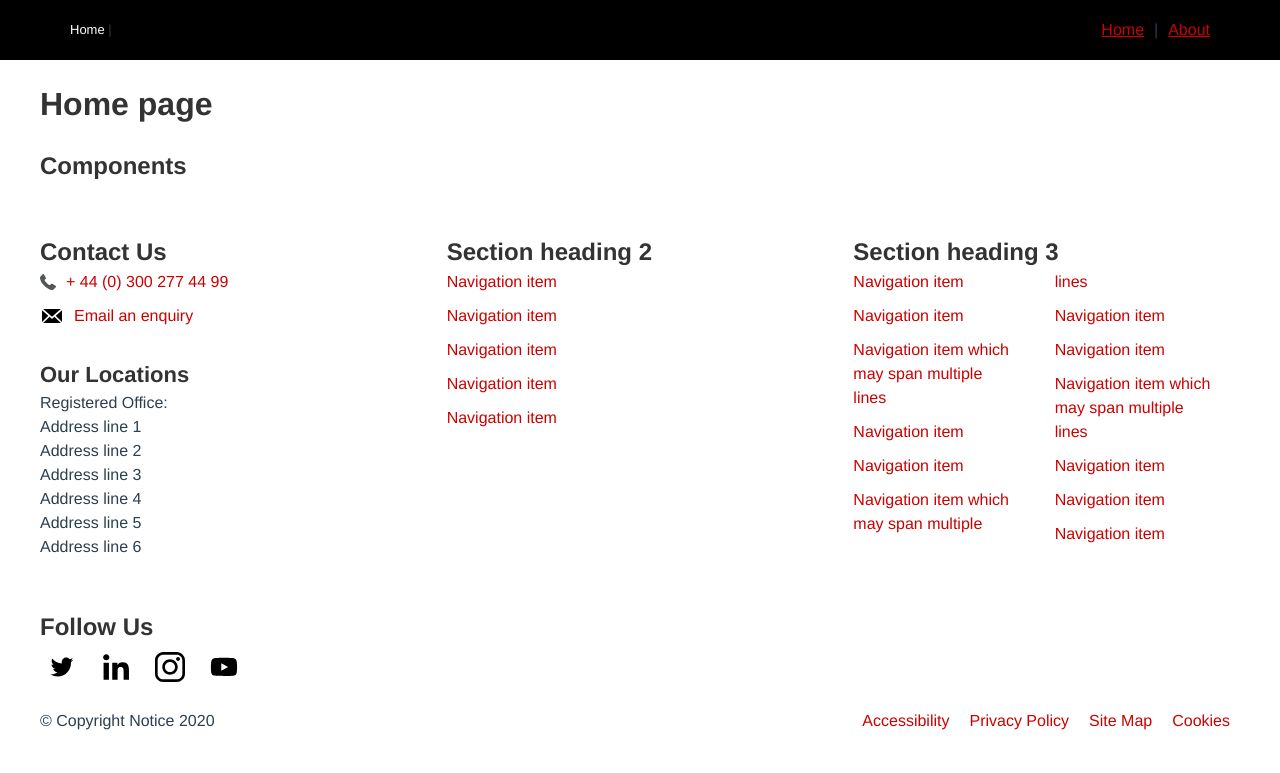
Repository: DaveBaulch/spa
Page: /
An editor plug-in stored every save of this project. The page is shown before and after the next save, followed by the edit.
The browser window is 1280 px wide. The pictures show the whole page.
The project was rebuilt for these pictures with package versions that can differ from the ones it lists, and the page was loaded fresh each time. Also part of the build but not shown: src/assets/styles/main.css.

Above is the page before, as saved 2020-10-13 12:30:18.

### src/App.vue
<template>
  <div id="app">

    <TheHeader @sidenavToggle="displaySidenav = !displaySidenav" />
    <TheSidenav
      :show="displaySidenav"
      @close="displaySidenav = false" />
    <nuxt/>

    <router-view />

    <TheFooter />

  </div>
</template>

<script>
import TheHeader from './components/global/TheHeader.vue';
import TheSidenav from '@/components/global/TheSidenav'
import TheFooter from '@/components/global/TheFooter'

export default {
  components: {
    TheHeader,
    TheSidenav,
    TheFooter
  },
  data() {
    return {
      displaySidenav: false
    }
  }
};
</script>

<style lang="scss">
#app {
  font-family: Avenir, Helvetica, Arial, sans-serif;
  -webkit-font-smoothing: antialiased;
  -moz-osx-font-smoothing: grayscale;
  text-align: left;
  color: #2c3e50;
}

#nav {
  padding: 30px;

  a {
    font-weight: bold;
    color: #2c3e50;

    &.router-link-exact-active {
      color: #42b983;
    }
  }
}
</style>

### src/assets/sass/_base-styles.scss

@import 'utilities/variables';
@import 'utilities/mixins';
@import 'utilities/animations';

@import 'base/fonts';
@import 'base/resets';
@import 'base/elements';
@import 'base/typography';
@import 'base/forms';

@import 'helpers/text';
@import 'helpers/layout';
@import 'helpers/spacing';
@import 'helpers/colors';

### src/components/global/TheHeader.vue
<template>
<div class="header-container">
  <div class="container">
    <header class="header">
      <TheSideNavToggle @toggle="$emit('sidenavToggle')" />
      <div class="logo">
        <router-link to="/">Home</router-link> |
      </div>
      <div class="navigation-items">
        <ul class="nav-list">
          <router-link to="/" class="nav-list__item">Home</router-link> |
          <router-link to="/about" class="nav-list__item">About</router-link>
        </ul>
      </div>
    </header>
  </div>
</div>
</template>

<script>
import TheSideNavToggle from "@/components/global/TheSideNavToggle";

export default {
  name: "TheHeader",
  components: {
    TheSideNavToggle
  }
};
</script>

<style scoped lang="scss">
@import '../../assets/sass/utilities/_variables.scss';
@import '../../assets/sass/utilities/_mixins.scss';


.header-container {
  width: 100%;
  height: 60px;
  background-color: $black;
  position: fixed;
  z-index: 100;

  @include breakpoint(md) {
    position: relative;
  }
}

.header {
  width: 100%;
  height: 60px;
  display: flex;
  justify-content: space-between;
  align-items: center;
  background-color: $black;
  box-sizing: border-box;
  padding: 0 20px;
}

.logo {
  margin: 0 10px;
  font-size: 1.3rem;
}

.logo a {
  text-decoration: none;
  color: $white;
}

.navigation-items {
  display: none;

  @include breakpoint(md) {
    display: block;
  }
}


.nav-list {
  list-style: none;
  padding: 0;
  margin: 0;
  display: flex;
}

.nav-list__item {
  margin: 0 10px;
}

.nav-item a {
  text-decoration: none;
  color: $white;
}

</style>

### src/components/global/TheSidenav.vue
<template>
<div class="sidenav-container">
  <div
    v-if="show"
    class="sidenav-backdrop"
    @click="$emit('close')"></div>
  <transition name="slide-side">
    <div
      v-if="show"
      class="sidenav">
      <ul
        class="nav-list"
        @click="$emit('close')">
        <li class="nav-item"><router-link to="/">Home</router-link></li>
        <li class="nav-item"><router-link to="/about">About</router-link></li>
      </ul>
    </div>
  </transition>
</div>
</template>

<script>
export default {
  name: "TheSidenav",
  props: {
    show: {
      type: Boolean,
      default: false
    }
  }
};
</script>


<style scoped>
.sidenav-container {
  height: 100%;
  width: 100%;
}

.sidenav-backdrop {
  width: 100%;
  height: 100%;
  background-color: rgba(0, 0, 0, 0.7);
  z-index: 1000;
  position: fixed;
  top: 0;
  left: 0;
}

.sidenav {
  height: 100%;
  width: 300px;
  background-color: white;
  z-index: 10000;
  position: fixed;
  top: 0;
  left: 0;
  box-sizing: border-box;
  padding: 30px;
}

.slide-side-enter-active,
.slide-side-leave-active {
  transition: all 0.3s ease-out;
}
.slide-side-enter,
.slide-side-leave-to {
  transform: translateX(-100%);
}

.nav-list {
  list-style: none;
  padding: 0;
  margin: 0;
}

.nav-item {
  margin: 20px 0;
}

.nav-item a {
  text-decoration: none;
  color: black;
  font-size: 1.5rem;
}

.nav-item a:hover,
.nav-item a:active {
  color: red;
}
</style>

### src/components/global/TheFooter.vue
<template>
    <div class="footer-wrapper">

      <footer class="footer" id="footer" role="contentinfo">

        <div class="container">

          <div class="row">

            <div class="footer__col footer__col--1">

              <div class="footer__sub1">
                <h2>Contact Us</h2>

                <nav aria-label="Contact items">

                  <ul class="footer-nav">

                    <li class="footer-nav__item">
                      <img src="@/assets/images/svg/icon-phone.svg" class="footer-nav__item-icon" />
                      <a href="tel:+44(0)3002774499" class="footer-nav__link">+ 44 (0) 300 277 44 99</a>
                    </li>

                    <li class="footer-nav__item">
                      <img src="@/assets/images/svg/icon-mail.svg" class="footer-nav__item-icon" />
                      <a href="mailto:" class="footer-nav__link">Email an enquiry</a>
                    </li>

                  </ul>

                </nav>

              </div>

              <div class="footer__sub2">
                <h3>Our Locations</h3>
                Registered Office:<br>
                Address line 1<br>
                Address line 2<br>
                Address line 3<br>
                Address line 4<br>
                Address line 5<br>
                Address line 6<br>
              </div>

            </div>

            <div class="footer__col footer__col--2">

              <h2>Section heading 2</h2>
              <nav aria-label="Section heading 2 Navigation">
                <ol class="footer-nav">
                  <li class="footer-nav__item">
                    <a href="" class="footer-nav__link">Navigation item</a>
                  </li>
                  <li class="footer-nav__item">
                    <a href="" class="footer-nav__link">Navigation item</a>
                  </li>
                  <li class="footer-nav__item">
                    <a href="" class="footer-nav__link">Navigation item</a>
                  </li>
                  <li class="footer-nav__item">
                    <a href="" class="footer-nav__link">Navigation item</a>
                  </li>
                  <li class="footer-nav__item">
                    <a href="" class="footer-nav__link">Navigation item</a>
                  </li>
                </ol>
              </nav>

            </div>

            <div class="footer__col footer__col--3">

              <h2>Section heading 3</h2>
              <nav aria-label="Section heading 3 Navigation">
                <ol class="footer-nav footer-nav--2col">
                  <li class="footer-nav__item">
                    <a href="" class="footer-nav__link">Navigation item</a>
                  </li>
                  <li class="footer-nav__item">
                    <a href="" class="footer-nav__link">Navigation item</a>
                  </li>
                  <li class="footer-nav__item">
                    <a href="" class="footer-nav__link">Navigation item which may span multiple lines</a>
                  </li>
                  <li class="footer-nav__item">
                    <a href="" class="footer-nav__link">Navigation item</a>
                  </li>
                  <li class="footer-nav__item">
                    <a href="" class="footer-nav__link">Navigation item</a>
                  </li>
                  <li class="footer-nav__item">
                    <a href="" class="footer-nav__link">Navigation item which may span multiple lines</a>
                  </li>
                  <li class="footer-nav__item">
                    <a href="" class="footer-nav__link">Navigation item</a>
                  </li>
                  <li class="footer-nav__item">
                    <a href="" class="footer-nav__link">Navigation item</a>
                  </li>
                  <li class="footer-nav__item">
                    <a href="" class="footer-nav__link">Navigation item which may span multiple lines</a>
                  </li>
                  <li class="footer-nav__item">
                    <a href="" class="footer-nav__link">Navigation item</a>
                  </li>
                  <li class="footer-nav__item">
                    <a href="" class="footer-nav__link">Navigation item</a>
                  </li>
                  <li class="footer-nav__item">
                    <a href="" class="footer-nav__link">Navigation item</a>
                  </li>
                </ol>
              </nav>

            </div>

          </div>

          <div class="row">

            <TheSocialSharing />

          </div>

        </div>


        <div class="container">

          <div class="row">

            <div class="copyright-notice-wrapper">
              <p class="copyright-notice">&copy; Copyright Notice 2020</p>
            </div>

            <div class="footer-links-wrapper">

              <ul class="footer-links">
                <li class="footer-links__item"><a href="/contact-us/" class="footer-links__link">Accessibility</a></li>
                <li class="footer-links__item"><a href="/privacy-policy/" class="footer-links__link">Privacy Policy</a></li>
                <li class="footer-links__item"><a href="/site-map/" class="footer-links__link">Site Map</a></li>
                <li class="footer-links__item"><a href="/faqs/" class="footer-links__link">Cookies</a></li>
              </ul>

            </div>

          </div>

        </div>

      </footer>

    </div>
</template>

<script>
import TheSocialSharing from '@/components/global/TheSocialSharing.vue';

export default {
  name: "TheFooter",
  components: {
    TheSocialSharing
  }
};
</script>


<style scoped lang="scss">
@import '../../assets/sass/utilities/_variables.scss';
@import '../../assets/sass/utilities/_mixins.scss';

footer-wrapper {
  background-color: $grey-lighter;
}

.footer {
  margin: 0 auto;
  padding: 3rem 0;
}

.footer__col {
  margin: 0 0 2rem 0;
}

.footer__col--1 {
  grid-column: 1 / 13;

  @include breakpoint(sm) {
    grid-column: 1 / 7;
  }

  @include breakpoint(lg) {
    grid-column: 1 / 5;
  }
}

.footer__col--2 {
  grid-column: 1 / 13;

  @include breakpoint(sm) {
   grid-column: 7 / 13;
  }

  @include breakpoint(lg) {
    grid-column: 5 / 9;
  }
}

.footer__col--3 {
  grid-column: 1 / 13;

  @include breakpoint(lg) {
    grid-column: 9 / 13;
  }
}

.footer__sub1 {
  margin: 0 0 3rem 0;
}

.footer__sub2 {
  margin: 0 0 1rem 0;
}

// footer nav lists
.footer-nav {
  margin: 0 auto;
  list-style: none;
}

.footer-nav__item {
  margin: 0 0 1rem 0;
  padding: 0;
  display: flex;
}

.footer-nav__item-icon {
  margin-right: 1rem;
}

.footer-nav__link {
  text-decoration: none;

  &:hover,
  &:focus {
    color: $color-link-hover;
    text-decoration: underline;
  }
}

.footer-nav--2col {

  @include breakpoint(md) {
    column-count: 2;
  }

  .footer-nav__item {
    @include breakpoint(md) {
      padding: 0 2rem 0 0;
    }
  }

  .footer-nav__item-icon {
    margin-right: 1rem;
  }
}

.copyright-notice-wrapper{
  grid-column: 1 / 13;

  @include breakpoint(lg) {
    grid-column: 1 / 4;
  }
}


.footer-links-wrapper {
  grid-column: 1 / 13;

  @include breakpoint(lg) {
    grid-column: 4 / 13;
  }
}

.footer-links {
  margin: 0 auto;
  list-style: none;

  @include breakpoint(lg) {
    display: flex;
    justify-content: flex-end;
    margin-top: 2rem;
  }
}

.footer-links__item {
  margin: 0 1rem 1rem 1rem;
}

.footer-links__link {
  display: block;
  text-decoration: none;

  &:hover,
  &:focus {
    color: $color-link-hover;
    text-decoration: underline;
  }
}

</style>

### src/views/Home.vue
<template>
  <div class="container home">
    <h1>Home page</h1>

    <h2>Components</h2>


  </div>
</template>

<script>
// @ is an alias to /src
// import HelloWorld from "@/components/HelloWorld.vue";

export default {
  name: "Home",
  components: {
    // HelloWorld
  }
};
</script>

### src/assets/sass/utilities/_variables.scss
// -------------------------
// 'true' is default
//  setting this creates extra responsive classes targetting defined breakpoints
//  eg the 'visually-hidden' mixin
$responsive: true !default;

// Custom 'brand' fonts
$font: 'Open Sans', sans-serif; //Available weights 400,600,700

$font-weight-light: 400;
$font-weight-normal: 400;
$font-weight-bold: 700;

// Let's set the base font size to 62.5% (10px) for easier calculations
$base-font-size: 62.5%;
$base-line-height: 1.5 !default;

$body-font-desktop: 1.6rem; // = 16px
$body-font-mobile: 1.6rem; // = 16px

// Breakpoints
// -------------------------

// Named breakpoints
$breakpoint-xs: 320px;
$breakpoint-sm: 576px;
$breakpoint-md: 768px;
$breakpoint-lg: 992px;
$breakpoint-xl: 1200px;

$xs-min: 0;
$xs-max: ($breakpoint-sm - 1);

$sm-min: $breakpoint-sm;
$sm-max: ($breakpoint-md - 1);

$md-min: $breakpoint-md;
$md-max: ($breakpoint-lg - 1);

$lg-min: $breakpoint-lg;
$lg-max: ($breakpoint-xl - 1);

$xl-min: $breakpoint-xl;

// Colors
// -------------------------

// Base colors
$white: #fff;
$black: #000;

$grey-dark: #616161;
$grey-light: #ddd;
$grey-lighter: #eee;

$blue: #06c;
$green: #298700;
$red: #db1731;

// Background color
$body-bg-color: #fff !default;

// Brand colors
$brand-color-1: $grey-light;

// Text colors
$color-text: #333;
$color-headings: #333;
$color-error: #eee;

// Link colors
$color-link-active: #c00;
$color-link-visited: #c00;
$color-link-hover: #333;
$color-link-focus: #d4d4d4;
$color-link-disabled: #d4d4d4;

// Form colors
$color-invalid: #f0dddd;

// Borders
// -------------------------

// Border colors
$color-border: $grey-light;
$color-border-dark: $grey-dark;
$color-border-light: $grey-lighter;

// Border styling
$border-radius: 5px;
$border-width: 1px;
$border-style: solid;
$border-color: $color-border;

$border: $border-width $border-style $border-color;

// Focus state styling
$focus-outline-width: 2px;
$focus-outline-style: solid;
$focus-outline-color: $red;
$focus-outline: $focus-outline-width $focus-outline-style $focus-outline-color;
$focus-outline-offset: 0;

// Default projext transitions
$transition-speed: 0.4s;
$transition-easing: ease;

// some different speed variables
$transition-speed-slow: 1.2s;
$transition-speed-medium: 0.8s;
$transition-speed-fast: 0.2s;

// z-index scale (private vars)
// Do not edit the z-index scale!
// --------------------------------------------------
$z-index-1: 100;
$z-index-2: 200;
$z-index-3: 300;
$z-index-4: 400;
$z-index-5: 500;
$z-index-6: 600;
$z-index-7: 700;
$z-index-8: 800;
$z-index-9: 900;
$z-index-10: 1000;

### src/assets/sass/utilities/_mixins.scss
@mixin fill {
  width: 100%;
  height: 100%;
}

@mixin imageCover {
  object-fit: cover;
  @include fill;
}

@mixin absoluteFill {
  display: block;
  position: absolute;
  top: 0;
  left: 0;
  @include fill;
}

@mixin textGradient($top: $brand-primary, $bottom: $brand-light) {
  background: linear-gradient($top, $bottom);
  background-clip: text;
  -webkit-text-fill-color: transparent;
}

// accessible text
@mixin sr-only {
  border: 0 !important;

  height: 1px !important;
  margin: (-1px) !important;
  overflow: hidden !important;
  padding: 0 !important;
  position: absolute !important;
  width: 1px !important;
}

// breakpoints
// uses breakpoints defined in variables.scss
@mixin breakpoint($point, $value: 0) {
  @if $point==xs {
    @media screen and (max-width: $xs-max) {
      @content;
    }
  } @else if $point==sm {
    @media screen and (min-width: $sm-min) {
      @content;
    }
  } @else if $point==md {
    @media screen and (min-width: $md-min) {
      @content;
    }
  } @else if $point==lg {
    @media screen and (min-width: $lg-min) {
      @content;
    }
  } @else if $point==xl {
    @media screen and (min-width: $xl-min) {
      @content;
    }
  } @else {
    @media screen and ($point: $value) {
      @content;
    }
  }
}

@mixin between-breakpoints($min, $max) {
  @media screen and (min-width: $min) and (max-width: $max) {
    @content;
  }
}

@mixin full-width {
  width: 100vw;
  position: relative;
  left: 50%;
  right: 50%;
  margin-left: -50vw;
  margin-right: -50vw;
}

### src/assets/sass/utilities/_animations.scss
@keyframes fadeIn {
    from {
      opacity: 0;
      visibility: hidden;
    }
    to {
      opacity: 1;
      visibility: visible;
    }
  }

@keyframes fadeOut {
    from {
      opacity: 1;
      visibility: visible;
    }
    to {
      opacity: 0;
      visibility: hidden;
    }
  }

@keyframes slideTop {
  0% {
    transform: translateY(100px);
  }
  100% {
    transform: translateY(0);
  }
}

@mixin fadeIn($duration: 0.3s) {
  animation: {
    name: fadeIn;
    fill-mode: forwards;
    duration: #{$duration};
  }
}

@mixin fadeOut($duration: 0.3s) {
  animation: {
    name: fadeOut;
    fill-mode: forwards;
    duration: #{$duration};
  }
}

### src/assets/sass/base/_fonts.scss
// @font-face {
//   font-family: 'hurme';
//   src: url('~assets/fonts/hurme/hurme-light.otf') format('opentype');
//   font-weight: $font-weight-light;
// }

// @font-face {
//   font-family: 'hurme';
//   src: url('~assets/fonts/hurme/hurme-regular.otf') format('opentype');
//   font-weight: $font-weight-normal;
// }

// @font-face {
//   font-family: 'hurme';
//   src: url('~assets/fonts/hurme/hurme-semiBold.otf') format('opentype');
//   font-weight: $font-weight-bold;
// }

### src/assets/sass/base/_resets.scss
html {
  //Prevent iOS input highlighting
  box-sizing: border-box;
  font-size: $base-font-size;
  -webkit-tap-highlight-color: rgba(0, 0, 0, 0);
}

body {
  -moz-osx-font-smoothing: grayscale;
  -webkit-font-smoothing: antialiased;
  background-color: $body-bg-color;
  color: $color-text;
  font-size: $body-font-mobile;
  line-height: $base-line-height;
  text-align: left;
  margin: 0;
  padding: 0;
  font-weight: $font-weight-light;

  @include breakpoint(lg) {
    font-size: $body-font-desktop;
  }
}

html,
body {
  max-width: 100% !important;
  overflow-x: hidden !important;
}

img {
  display: block;
  height: auto;
  -ms-interpolation-mode: bicubic;
  // option to make images responsive by default
  max-width: 100%;
}

### src/assets/sass/base/_elements.scss
button {
  cursor: pointer;
  margin: 0;
}

img {
  max-width: 100%;
  pointer-events: none;

  &:not([src]) {
    visibility: hidden;
  }
}

a {
  text-decoration: none;
  color: inherit;
}

ul:not([class]) {
  list-style: disc;
}

ol:not([class]) {
  list-style: decimal;
}

### src/assets/sass/base/_typography.scss
body {
  font-family: $font;
  font-weight: $font-weight-normal;
}

// Generic heading styling

h1,
h2,
h3,
h4,
h5 {
  margin: 0;
  padding: 0;
  margin-top: 2rem;
  color: $color-headings;
  font-weight: $font-weight-bold;
}

h1 {
  font-size: 3rem;

  @include breakpoint(lg) {
    font-size: 3.2rem;
  }
}

h2 {
  font-size: 2.2rem;

  @include breakpoint(lg) {
    font-size: 2.4rem;
  }
}

h3 {
  font-size: 2rem;

  @include breakpoint(lg) {
    font-size: 2.2rem;
  }
}

h4 {
  font-size: 1.8rem;

  @include breakpoint(lg) {
    font-size: 2rem;
  }
}

h5 {
  font-size: 1.6rem;

  @include breakpoint(lg) {
    font-size: 1.8rem;
  }
}

// Link styles

a {
  color: $color-link-active;
  text-decoration: underline;
}

a:visited {
  color: $color-link-visited;
}

a:hover {
  color: $color-link-hover;
}

a:focus {
  color: $color-link-hover;
  outline: $focus-outline;
}

// Standard text paragraphs

p {
  margin: 2rem 0 0 0;
  padding: 0;
}

// List styles
ol,
ul {
  margin: 0;
  padding: 0;
  list-style: none;

  &:not([class]) {
    margin: 0 1.22rem 0.8rem 1.5rem;
    list-style-position: inside;
  }
}

ol:not([class]) {
  list-style-type: decimal;
}

ul:not([class]) {
  list-style-type: disc;
}

// Definition list styles

dl {
}

dt {
  font-weight: bold;
}

// Opinionated styling of typographic elements

hr {
  height: 1px;
  margin: 1em 0;
  padding: 0;
  display: block;
  border: 0;
  border-top: 1px solid $grey-light;
}

blockquote {
  margin: 0;
  padding: 0 10px;
}

ins {
  background: $red;
  color: $black;
  text-decoration: none;
}

mark {
  font-style: italic;
  font-weight: bold;
}

pre {
  white-space: pre-wrap;
  word-wrap: break-word;
}

### src/assets/sass/helpers/_text.scss
.uppercase {
  text-transform: uppercase;
}

.font-light {
  font-weight: $font-weight-light;
}

.font-normal {
  font-weight: $font-weight-normal;
}

.font-bold {
  font-weight: $font-weight-bold;
}

.sr-only {
  @include sr-only;
}

### src/assets/sass/helpers/_layout.scss
.container {
  width: 100%;
  max-width: 1200px;
  margin: 0 auto;
  padding: 0;
  position: relative;
  // border: 1px solid #f0f;
  padding: 0 15px;
}

.row {
  display: grid;
  grid-template-columns: repeat(12, 1fr);
  grid-gap: 20px;
  // border: 1px solid lime;
}

### src/assets/sass/helpers/_spacing.scss
.no-padding {
  padding: 0;
}

.no-margin {
  margin: 0;
}

### src/assets/sass/helpers/_colors.scss
// .bg-white {
//   background-color: $brand-white;
// }
// .bg-white-alt {
//   background-color: $brand-white-alt;
// }
// .bg-black {
//   background-color: $brand-black;
// }
// .bg-primary {
//   background-color: $brand-primary;
// }
// .bg-primary-alt {
//   background-color: $brand-primary-alt;
// }
// .bg-dark {
//   background-color: $brand-dark;
// }
// .bg-dark-alt {
//   background-color: $brand-dark-alt;
// }
// .bg-light {
//   background-color: $brand-lightest;
// }
// .bg-light-alt {
//   background-color: $brand-light-alt;
// }

### src/components/global/TheSocialSharing.vue
<template>
  <div class="social-links-wrapper">
    <h2 class="social-links-title">Follow Us</h2>
    <ul class="social-links">
      <li class="social-links__item">
        <TheSocialSharingItem>
          <img src="@/assets/images/svg/icon-twitter.svg" width="30" height="30" />
          <span class="sr-only">Twitter</span>
        </TheSocialSharingItem>
      </li>
      <li class="social-links__item">
        <TheSocialSharingItem>
          <img src="@/assets/images/svg/icon-linkedin.svg" width="30" height="30" />
          <span class="sr-only">LinkedIn</span>
        </TheSocialSharingItem>
      </li>
      <li class="social-links__item">
        <TheSocialSharingItem>
          <img src="@/assets/images/svg/icon-instagram.svg" width="30" height="30" />
          <span class="sr-only">Instagram</span>
        </TheSocialSharingItem>
      </li>
      <li class="social-links__item">
        <TheSocialSharingItem href="https://www.youtube.com/">
          <img src="@/assets/images/svg/icon-youtube.svg" width="30" height="30" />
          <span class="sr-only">You Tube</span>
        </TheSocialSharingItem>
      </li>
    </ul>
  </div>
</template>

<script>
import TheSocialSharingItem from "@/components/global/TheSocialSharingItem";

export default {
  name: "TheSocialSharing",
  components: {
    TheSocialSharingItem,
  },
  data() {
  },
};
</script>

<style scoped lang="scss">
@import '../../assets/sass/utilities/_variables.scss';

.social-links {
  margin: 0 auto;
  list-style: none;
  display: flex;
}

.social-links__item {
  margin: 0 1rem 0 0;
}

</style>

### src/components/global/TheSocialSharingItem.vue
<template>
  <a :href="href"
    class="social-sharing-item"
    ><slot /></a>
</template>

<script>
export default {
  name: 'TheSocialSharingItem',
  props: {
    href: {
      type: String,
      default: ''
    }
  }
}
</script>


<style scoped lang="scss">
@import '../../assets/sass/utilities/_variables.scss';

.social-sharing-item {
  display: flex;
  align-items: center;
  justify-content: center;
  width: 44px;
  height: 44px;

  &:hover,
  &:focus {
    color: $color-link-hover;
    text-decoration: underline;
  }
}
</style>

Loaded but not shown: public/index.html (common file); src/registerServiceWorker.js (common file); src/router/index.js (common file); src/store/index.js (common file); src/components/global/TheSideNavToggle.vue (common file); src/main.js (17 lines, source omitted); src/assets/sass/base/_forms.scss (498 lines, source omitted)

After the next save:
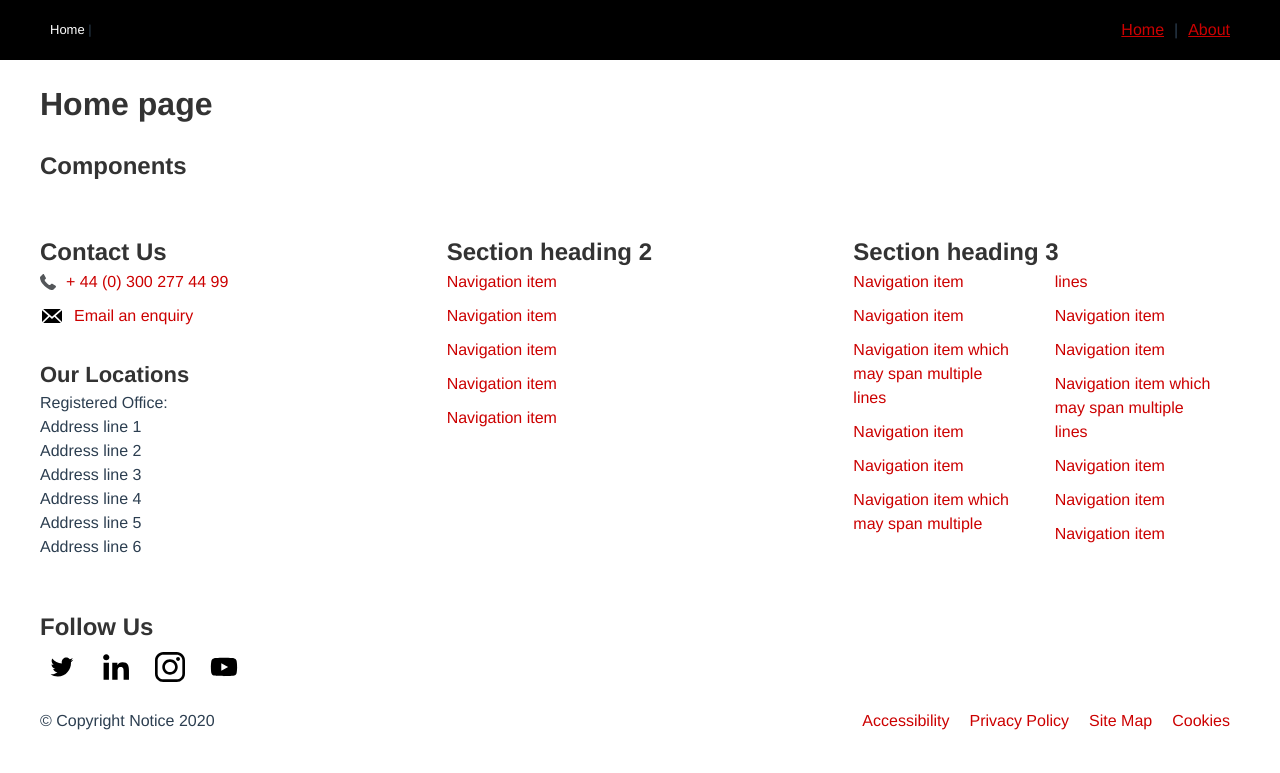
Saved 39 s later.
--- a/src/components/global/TheHeader.vue
+++ b/src/components/global/TheHeader.vue
@@ -53,7 +53,7 @@ export default {
   align-items: center;
   background-color: $black;
   box-sizing: border-box;
-  padding: 0 20px;
+  padding: 0;
 }
 
 .logo {
